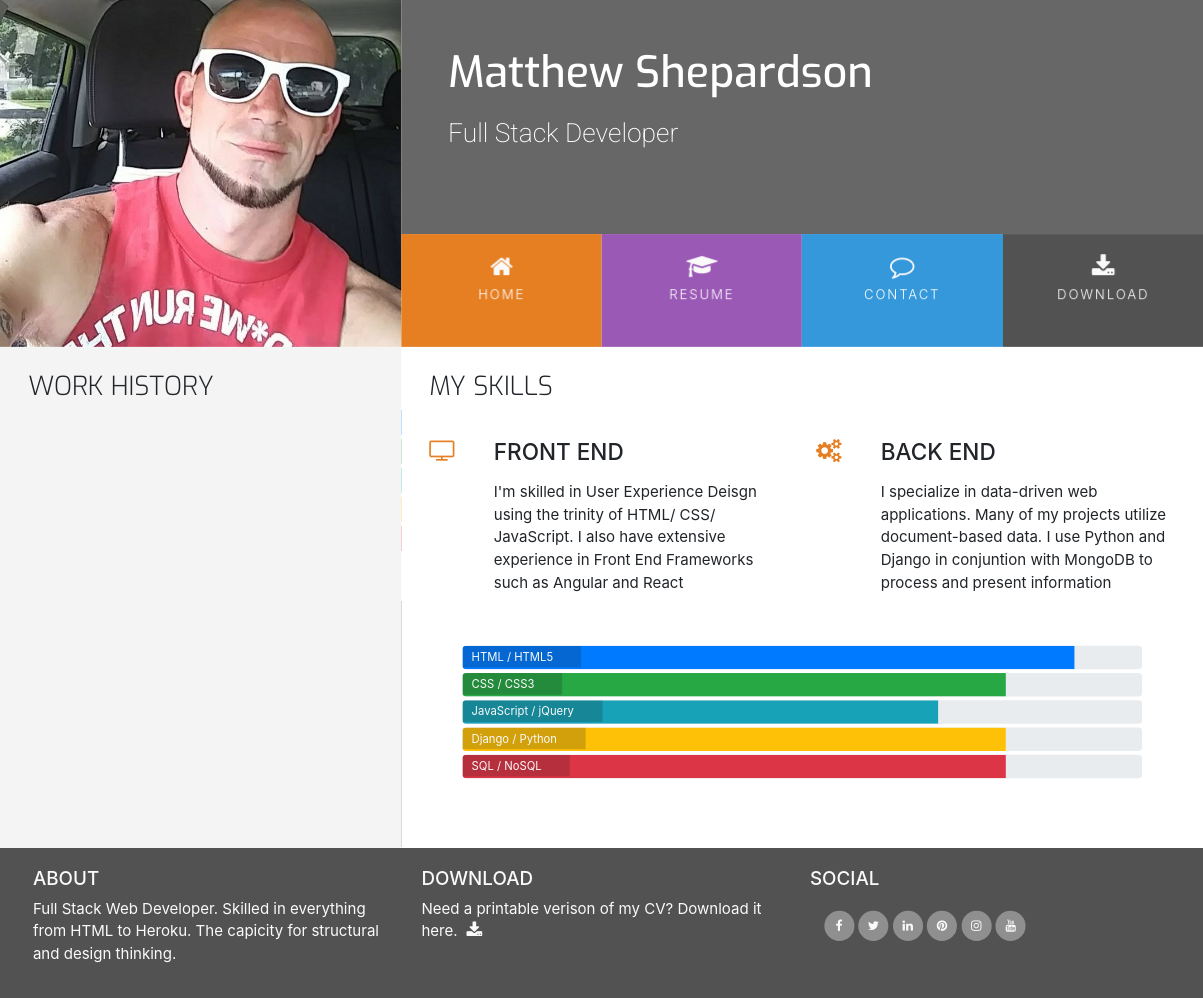
Repository: mshep6517/resume-project
Page: resume.html
The author's editor kept a record of every edit. The page is drawn from the files as they stood at one moment, then again after the next edit.
The browser window is 1280 px wide. The pictures show the whole page, at 94% of full size.
Some web libraries are served in a nearby version.

Above is the page before.

### resume.html
<!DOCTYPE html>
<html lang="en">

<head>
    <meta charset="UTF-8">
    <meta name="viewport" content="width=device-width, initial-scale=1.0">
    <meta http-equiv="X-UA-Compatible" content="ie=edge">
    <link rel="stylesheet" href="https://maxcdn.bootstrapcdn.com/bootstrap/4.2.1/css/bootstrap.min.css" type="text/css" />
    <link rel="stylesheet" href="https://maxcdn.bootstrapcdn.com/font-awesome/4.7.0/css/font-awesome.min.css" type="text/css" />
    <link rel="stylesheet" href="https://cdnjs.cloudflare.com/ajax/libs/hover.css/2.3.1/css/hover-min.css" type="text/css" />
    <link rel="stylesheet" href="assets/css/style.css">
    <title>Matthew</title>
</head>

<body>
    <header>
        <div class="row no-gutters">
            <a class="col-md-4 logo" href="index.html"></a>
            <div class="col-md-8">
                <div class="row no-gutters bg-color-name-title">
                    <div class="col heading">
                        <h1 class="name">Matthew Shepardson</h1>
                        <h2 class="title"> Full Stack Developer</h2>
                    </div>
                </div>
                <div class="row no-gutters">
                    <div class="col">
                        <ul id="nav" class="list-inline menucontainer">
                            <li class="col-6 col-sm-3 ui-menu-color-home list-inline-item menuitem">
                                <a href="index.html" class="hvr-sweep-to-bottom"><i class="fa fa-home" aria-hidden="true"></i><span>Home</span></a>
                            </li>
                            <li class="col-6 col-sm-3 ui-menu-color-resume list-inline-item menuitem">
                                <a href="resume.html" class="hvr-sweep-to-bottom"><i class="fa fa-graduation-cap" aria-hidden="true"></i><span>Resume</span></a>
                            </li>
                            <li class="col-6 col-sm-3 ui-menu-color-contact list-inline-item menuitem">
                                <a href="contact.html" class="hvr-sweep-to-bottom"><i class="fa fa-comment-o" aria-hidden="true"></i><span>Contact</span></a>
                            </li>
                            <li class="col-6 col-sm-3 ui-menu-color-download list-inline-item menuitem">
                                <a href="#" class="hvr-sweep-to-bottom"><i class="fa fa-download" aria-hidden="true"></i><span>Download</span></a>
                            </li>
                        </ul>
                    </div>
                </div>
            </div>
        </div>
    </header>
    <section class="container-fluid">
        <div class="row">
            <div class="col-md-4 bg-color-personal-info section-column">
                <div class="row">
                    <div class="col-12">
                        <h3 class="section-heading uppercase">
                            Work History
                        </h3>
                    </div>
                </div>
            </div>
            <div class="col-md-8 bg-color-three-reasons section-column">
                <div class="row">
                    <div class="col">
                        <h3 class="section-heading uppercase">My Skills</h3>
                    </div>
                </div>
                <div class="row">
                    <div class="col-10 offset-1 offset-sm-0 col-sm-4 col-md-6">
                        <div class="row">
                            <div class="col-2">
                                <i class="three-rerasons-icon fa fa-tv" aria-hidden="true"></i>
                            </div>
                            <div class="col-10">
                                <h4 class="threee-reasons-heading uppercase">Front End</h4>
                                <p>
                                    I'm skilled in User Experience Deisgn using the trinity of HTML/ CSS/ JavaScript.
                                    I also have extensive experience in Front End Frameworks such as Angular
                                    and React
                                </p>
                            </div>
                        </div>
                    </div>
                    <div class="col-10 offset-1 offset-sm-0 col-sm-4 col-md-6">
                        <div class="row">
                            <div class="col-2">
                                <i class="three-rerasons-icon fa fa-gears" aria-hidden="true"></i>
                            </div>
                            <div class="col-10">
                                <h4 class="threee-reasons-heading uppercase">Back End</h4>
                                <p>
                                    I specialize in data-driven web applications. Many of my projects utilize
                                    document-based data. I use Python and Django in conjuntion with MongoDB
                                    to process and present information
                                </p>
                            </div>
                        </div>
                    </div>
                </div>
                <div class="row progress-section">
                    <div class="col">
                        <div class="progress">
                            <div class="progress-bar" role="progressbar" aria-valuenow="90" aria-valuemin="0" aria-valuemax="100" style="width:90%;">
                                <span class="sr-only">90% complete</span>
                            </div>
                            <span class="progress-type">HTML / HTML5</span>
                        </div>
                        <div class="progress">
                            <div class="progress-bar bg-success" role="progressbar" aria-valuenow="80" aria-valuemin="0" aria-valuemax="100" style="width:80%;">
                                <span class="sr-only">80% complete</span>
                            </div>
                            <span class="progress-type">CSS / CSS3</span>
                        </div>
                        <div class="progress">
                            <div class="progress-bar bg-info" role="progressbar" aria-valuenow="70" aria-valuemin="0" aria-valuemax="100" style="width:70%;">
                                <span class="sr-only">70% complete</span>
                            </div>
                            <span class="progress-type">JavaScript / jQuery</span>
                        </div>
                        <div class="progress">
                            <div class="progress-bar bg-warning" role="progressbar" aria-valuenow="80" aria-valuemin="0" aria-valuemax="100" style="width:80%;">
                                <span class="sr-only">80% complete</span>
                            </div>
                            <span class="progress-type">Django / Python</span>
                        </div>
                        <div class="progress">
                            <div class="progress-bar bg-danger" role="progressbar" aria-valuenow="80" aria-valuemin="0" aria-valuemax="100" style="width:80%;">
                                <span class="sr-only">80% complete</span>
                            </div>
                            <span class="progress-type">SQL / NoSQL</span>
                        </div>
                    </div>
                </div>
            </div>
        </div>

    </section>
    <footer class="container-fluid">
        <div id="footer-details" class="row">
            <div class="col-sm-4">
                <h5 class="uppercase general-sub">About</h5>
                <p class="inline-block">
                    Full Stack Web Developer. Skilled in everything from HTML to Heroku. The capicity for structural and design thinking.
                </p>
            </div>
            <div class="col-sm-4">
                <h5 class="uppercase general-sub">Download</h5>
                <p class="inline-block">
                    Need a printable verison of my CV? Download it here.
                    <a href="#" target="_blank" class="cv-pdf">
                        <i class="fa fa-download" aria-hidden="true"></i>
                        <span class="sr-only">Download link.</span>
                    </a>
                </p>
            </div>
            <div class="col-sm-4">
                <h5 class="uppercase general-sub">Social</h5>
                <ul class="list-inline social-links">
                    <li class="list-inline-item">
                        <a target="_blank" href="#">
                            <i class="fa fa-facebook" aria-hidden="true"></i>
                            <span class="sr-only">Facebook</span>
                            </a>
                    </li>
                    <li class="list-inline-item">
                        <a target="_blank" href="#">
                            <i class="fa fa-twitter" aria-hidden="true"></i>
                            <span class="sr-only">Twitter</span>
                            </a>
                    </li>
                    <li class="list-inline-item">
                        <a target="_blank" href="#">
                            <i class="fa fa-linkedin" aria-hidden="true"></i>
                            <span class="sr-only">LinkedIn</span>
                            </a>
                    </li>
                    <li class="list-inline-item">
                        <a target="_blank" href="#">
                            <i class="fa fa-pinterest" aria-hidden="true"></i>
                            <span class="sr-only">Pinterest</span>
                        </a>
                    </li>
                    <li class="list-inline-item">
                        <a target="_blank" href="#">
                            <i class="fa fa-instagram" aria-hidden="true"></i>
                            <span class="sr-only">Instagram</span>
                            </a>
                    </li>
                    <li class="list-inline-item">
                        <a target="_blank" href="#">
                            <i class="fa fa-youtube" aria-hidden="true"></i>
                            <span class="sr-only">YouTube</span>
                            </a>
                    </li>
                </ul>
            </div>
        </div>

    </footer>
</body>

</html>

### assets/css/style.css
@import url('https://fonts.googleapis.com/css?family=Roboto:100,200,300,400,500,600,700|exo:100,200,300,400,500,600,700');

/*-----------------------------------Colors */

.bg-color-name-title {
    background-color: #676767;
}

.bg-color-three-reasons {
    background-color: #ffffff;
}

.bg-color-personal-info {
   background-color: #f4f4f4;
}

.bg-color-work-history {
    background-color: #9b59b6;
}

.ui-menu-color-home {
    background-color: #e67e22;
}

.ui-menu-color-resume {
    background-color: #9b59b6;
}

.ui-menu-color-contact {
    background-color: #3498db;
}

.ui-menu-color-download {
    background-color: #525252;
}


/*----------------------------------- Special Paddings/margins/text*/

h1,
h2,
h3,
h4 {
    margin: 0;
}

.uppercase {
    text-transform: uppercase;
}

.general-sub: {
    font-family: "Exo", sans-serif;
    font-weight: 300;
    color: #fafafa;
}

.row-table {
    display: table;
}

.section-column {
    display: table-cell;
    padding: 0 30px 30px;
    float: none;
}

.history-heading,
.section-heading {
    font-family: "Exo", sans-serif;
    font-weight: 300;
    margin-top: 25px;
    margin-bottom: 40px;
}

/*-----------------------------------Heading */

header {
    margin: 0;
}

.heading {
    margin-left: 50px;
}

.logo {
    background: url("../images/my picture.png");
    background-position: center;
    background-repeat: no-repeat;
    background-size: cover;
    min-height: 360px;
    transition: all .5s ease-in-out;
    -moz-transition: all .5s ease-in-out;
    -webkit-transition: all .5s ease-in-out;
}

.name {
    font-family: "Exo", sans-serif;
    font-weight: 100px;
    font-size: 46px;
    margin-top: 50px;
    color: #ffffff;
}

.title {
    font-family: "Roboto", sans-serif;
    font-weight: 200;
    font-size: 28px;
    margin-top: 20px;
    margin-bottom: 90px;
    color: #ffffff;
}

.list-inline-item:not(:last-child) {
    margin: 0;
}

.menucontainer {
    font-size: 0;
}

#nav {
    margin: 0;
}

#nav li {
    font-size: 14px;
    padding: 0;
}

.menuitem {
    height: 120px;
    text-align: center;
    padding: 0;
}

.menuitem a {
    width: 100%;
    text-decoration: none;
    color: #ffffff;
    height: 120px;

}

.menuitem a i {
    padding-top: 22px;
    display: block;
    color: #fafafa;
    font-size: 26px;
}

.menuitem span {
    display: block;
    width: 100%;
    padding-top: 5px;
    text-align: center;
    text-transform: uppercase;
    font-size: 14px;
    font-weight: 300;
    letter-spacing: 2px;
}

/*-----------------------------------Hover.CSS */

.hvr-sweep-to-bottom:before {
    background-color: rgba(0, 0, 0, 0.2);
    height: 120px;
}

/*-----------------------------------Footer */

footer {
    background-color: #525252;
    color: #fafafa;
    min-height: 120px;
    margin: 0;
}

.inline-block {
    display: inline-block;
}

.cv-pdf i {
    font-size:18px;
    color: #fafafa;
    text-align: center;
    padding-left: 5px;
    transition: all 0.35s ease-in-out;
    -moz-transition: all 0.35s ease-in-out;
    -webkit-transition: all 0.35s ease-in-out;
    -o-transition: all 0.35s ease-in-out;
}

.cv-pdf i:hover {
    color: #e84610;
}

.social-links {
    padding:15px;
}

.social-links li a i {
    width: 32px;
    height: 32px;
    padding: 12px 0;
    border-radius: 50px;
    font-size: 13px;
    line-height: 7px;
    text-align: center;
    color: #fafafa;
    background: #8f8f8f;
    transition: all 0.35s ease-in-out;
    -moz-transition: all 0.35s ease-in-out;
    -webkit-transition: all 0.35s ease-in-out;
    -o-transition: all 0.35s ease-in-out;
}

.social-links li a i:hover {
    background: #e84610;
}

#footer-details {
    padding: 20px;
}

/*----------------------------------- Three Reasons*/

.three-rerasons-icon {
    font-size:25px;
    color: #e67e22;
}

.threee-reasons-heading {
    margin-bottom: 15px;
}

/*----------------------------------- Personal Info*/

.personal-info-item {
    margin-bottom: 20px;
    display: block;
    clear: both;
}

.personal-info-item .key,
.personal-info-item .value {
    padding-right: 8px;
    display: inline-block;
}

.personal-info-item .key p,
.personal-info-item .value p {
    margin: 0;
}

.personal-info-item .key {
    width: 30%;
    margin-right: 21px;
    padding-top: 2px;
    vertical-align: top;
}

.personal-info-item .key p {
    font-weight: 700;
}

.personal-info-item .value {
    position: relative;
    width: 60%;

}

/*----------------------------------- Skills*/

.progress {
    position: relative;
    height: 25px;
    margin-bottom: 4px;
}

.progress-type {
    position: absolute;
    left: 0px;
    font-weight: 400;
    padding: 3px 30px 2px 10px;
    color: #fafafa;
    background-color: rgba(25, 25, 25, 0.2)
}

.progress-section {
    margin: 40px 20px;
}


/*----------------------------------- Work History*/

.history-heading {
    color: #fafafa;
    margin-bottom: 50px;
}

.timeline-item {
    padding: 4em 2em 0em em;
    position: relative;
    color: #fafafa;
    border-left: 1px solid;
}

.timeline-item p {
    padding: 0;
    margin: 0;
}

.timeline-item: before {
    content: attr(data)-dates);
    position: absolute;
    left: 2.5em;
    top: 3em;
    display: block;
    font-family: "Exo" sans-serif;
    font-weight: 500;
    font-size: 0.8em;
    padding: 0;
    margin: 0;
}

.timeline-item: after {
    width: 12px;
    height: 12px;
    display: block;
    top: 2.4em;
    position: absolute;
    left:-6px;
    border-radius: 12px;
    content: '';
    background: #fafafa;
}

After the next edit:
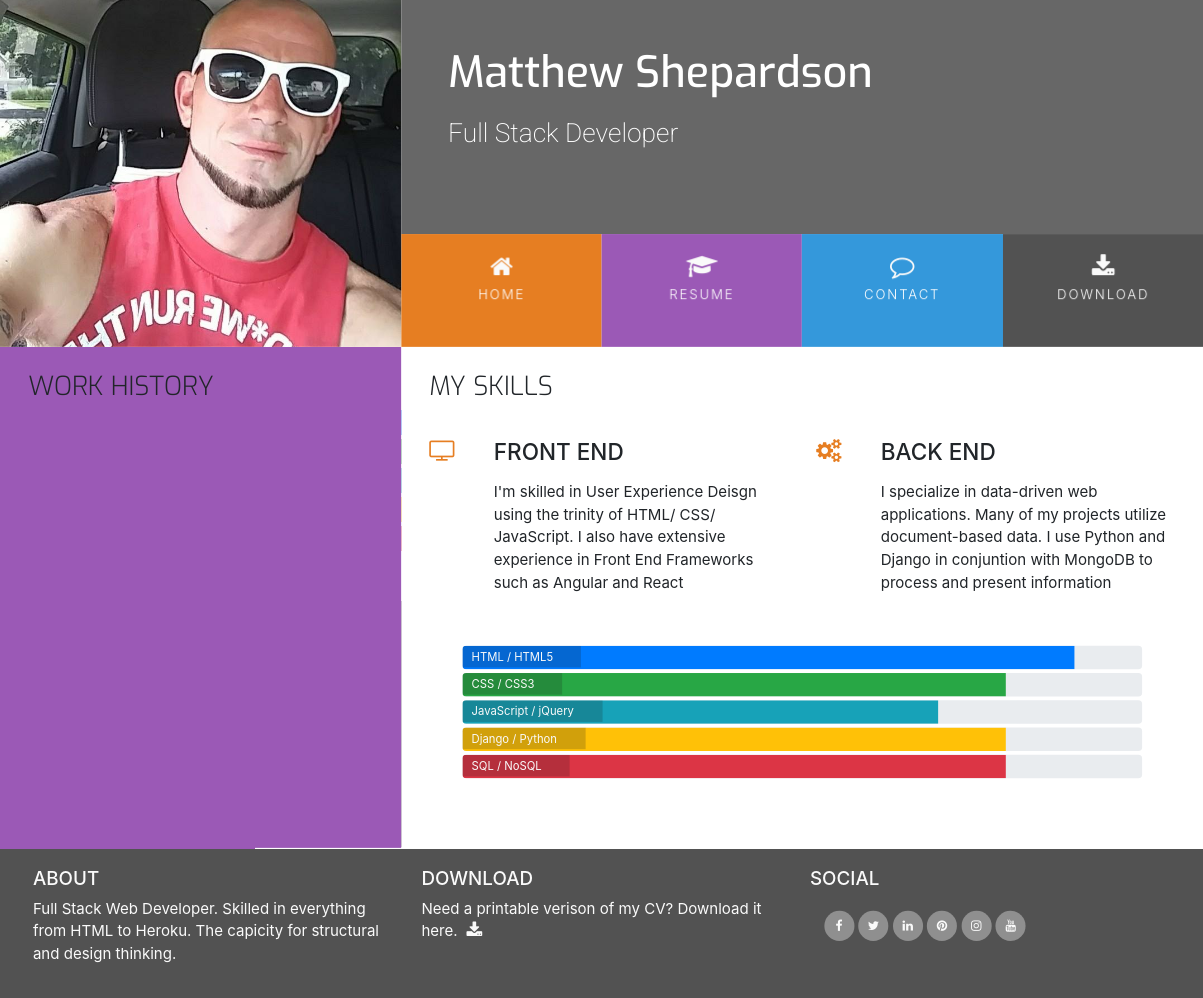
The edit:
--- a/resume.html
+++ b/resume.html
@@ -46,7 +46,7 @@
     </header>
     <section class="container-fluid">
         <div class="row">
-            <div class="col-md-4 bg-color-personal-info section-column">
+            <div class="col-md-4 bg-color-work-history section-column">
                 <div class="row">
                     <div class="col-12">
                         <h3 class="section-heading uppercase">
